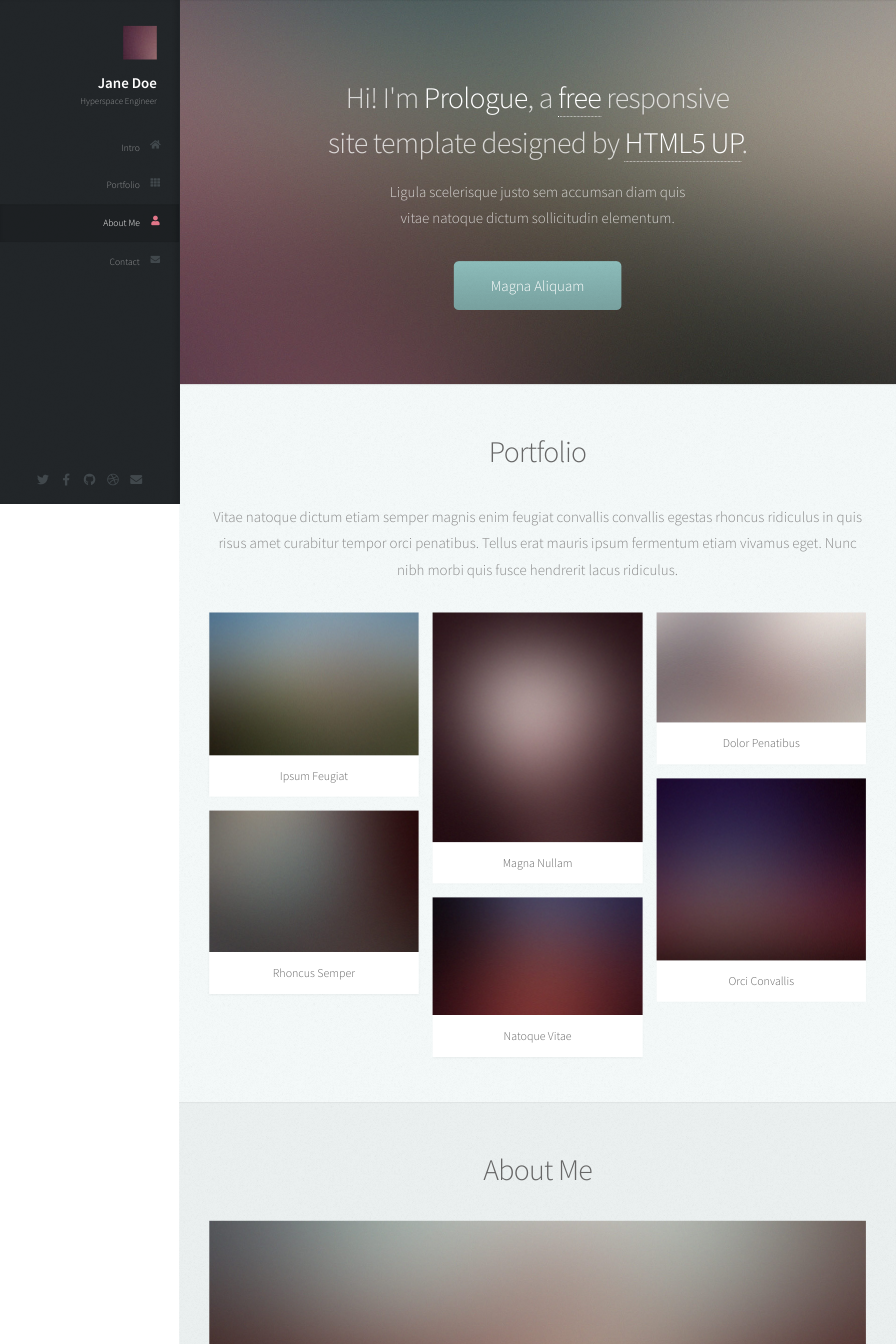
Repository: fiedore/fiedore.github.io
Page: index.html
These files come from the project's save history. The page is drawn as it stood at one moment and after the next save; the edit follows.
The browser window is 1280 px wide. The pictures show the part of the page from y = 0 to 1920 px (the page is 3341 px tall before and 3223 px after), at 70% of full size.

Above is the page before, as saved 2022-03-06 22:21:36.

After the next save:
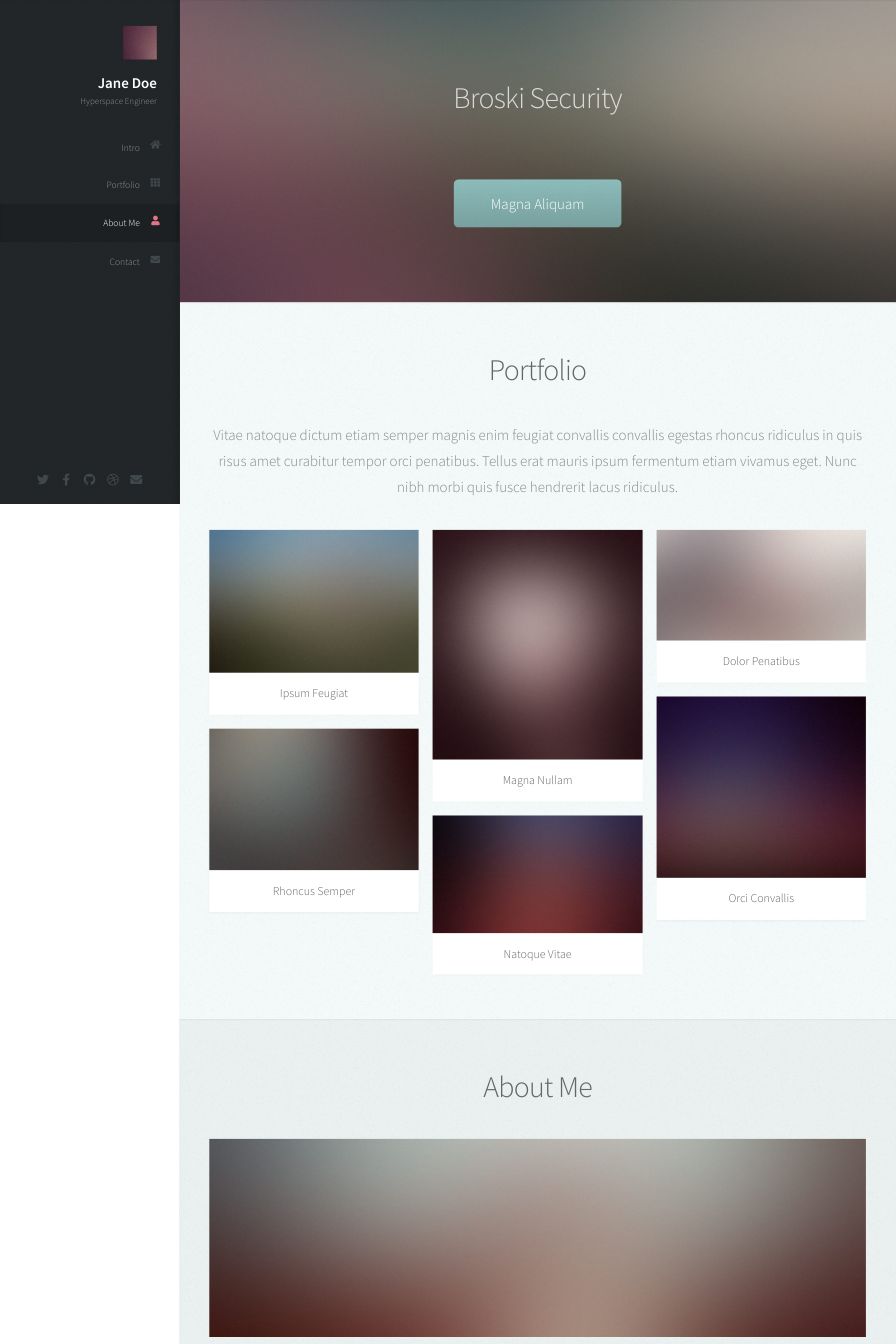
Saved 1184 days later.
--- a/index.html
+++ b/index.html
@@ -60,10 +60,7 @@
 						<div class="container">
 
 							<header>
-								<h2 class="alt">Hi! I'm <strong>Prologue</strong>, a <a href="http://html5up.net/license">free</a> responsive<br />
-								site template designed by <a href="http://html5up.net">HTML5 UP</a>.</h2>
-								<p>Ligula scelerisque justo sem accumsan diam quis<br />
-								vitae natoque dictum sollicitudin elementum.</p>
+								<h2 class="alt">Broski Security</p>
 							</header>
 
 							<footer>

After the 2 saves that followed:
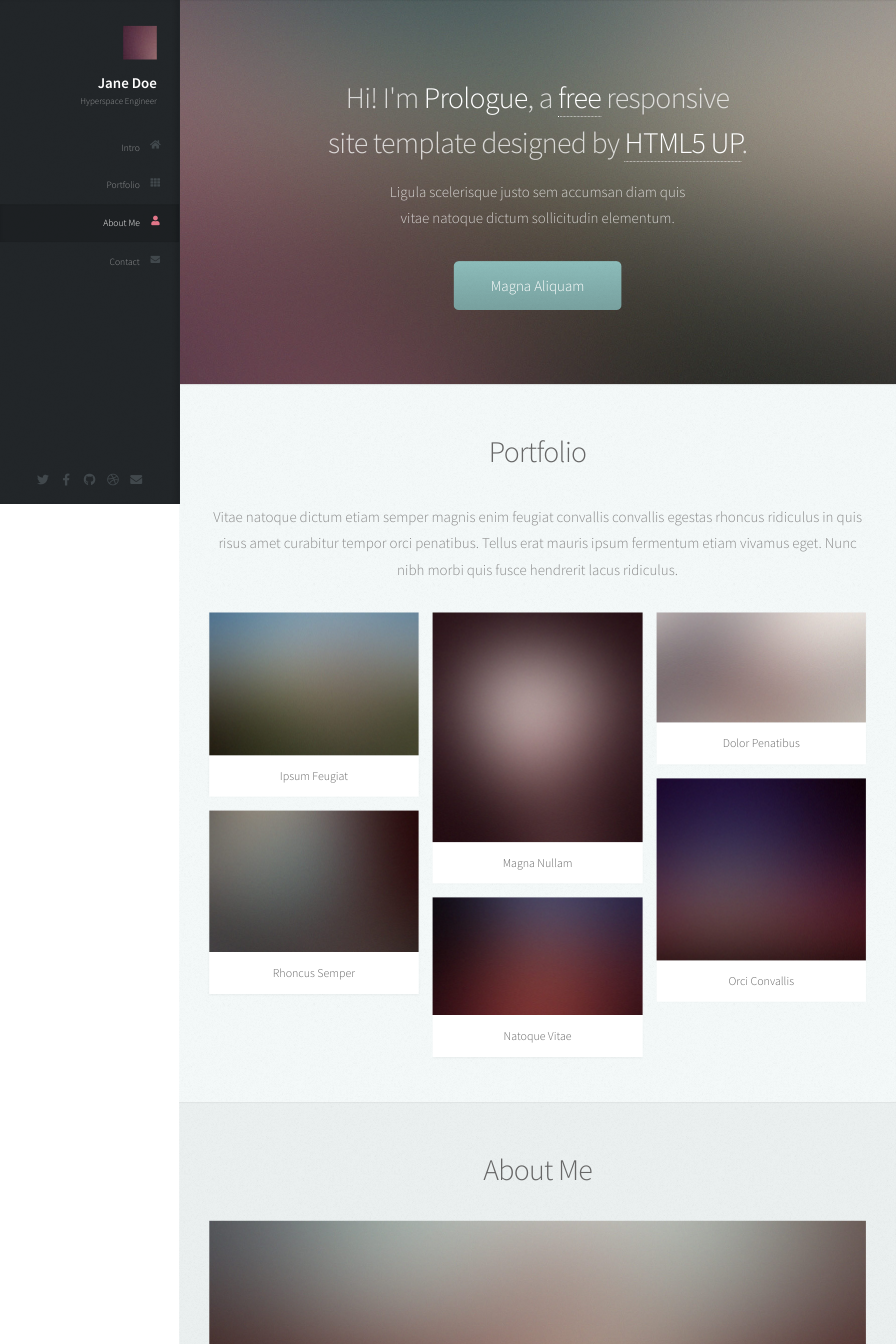
The 2 saves are shown as one change because they came seconds apart.
The last was saved 25 s later.
--- a/index.html
+++ b/index.html
@@ -60,7 +60,10 @@
 						<div class="container">
 
 							<header>
-								<h2 class="alt">Broski Security</p>
+								<h2 class="alt">Hi! I'm <strong>Prologue</strong>, a <a href="http://html5up.net/license">free</a> responsive<br />
+								site template designed by <a href="http://html5up.net">HTML5 UP</a>.</h2>
+								<p>Ligula scelerisque justo sem accumsan diam quis<br />
+								vitae natoque dictum sollicitudin elementum.</p>
 							</header>
 
 							<footer>
